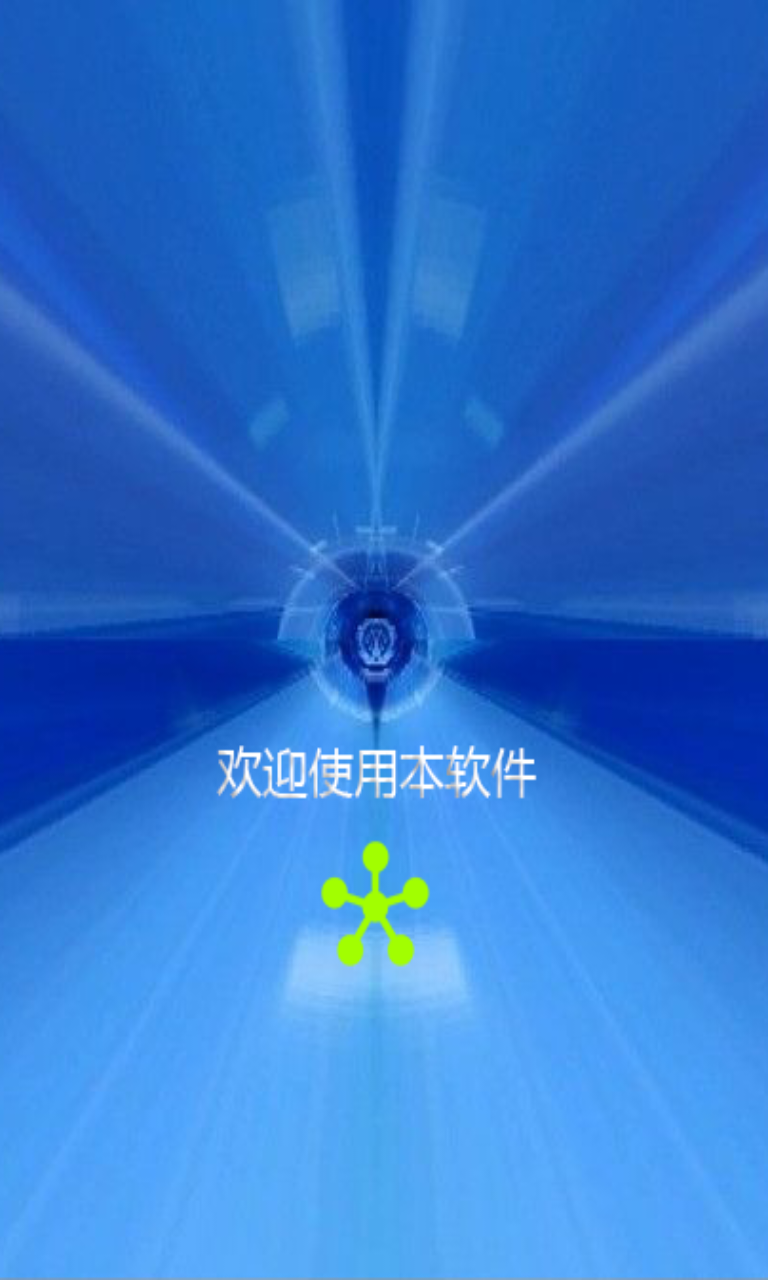
Repository: mimimy/MassagePro
Layout: BLE-Version/MassageTool/res/layout/activity_splash.xml
These files come from the project's save history. The layout is drawn as it stood at one moment and after the next save; the edit follows.
It is drawn on a 768 x 1280 px phone screen (xhdpi) without system bars, with theme AppTheme; the app's code is not run.

Above is the layout before, as saved 2018-07-23 13:22:09.

### BLE-Version/MassageTool/res/layout/activity_splash.xml
<RelativeLayout xmlns:android="http://schemas.android.com/apk/res/android"
    xmlns:tools="http://schemas.android.com/tools"
    android:id="@+id/rl_root"
    android:layout_width="match_parent"
    android:layout_height="match_parent"
    android:background="@drawable/splash"
    tools:context="com.example.splash.SplashActivity" >
<!--
    <ImageView
        android:id="@+id/imageView1"
        android:layout_width="wrap_content"
        android:layout_height="wrap_content"
        android:layout_alignParentTop="true"
        android:layout_centerHorizontal="true"
        android:src="@drawable/flying" />
 -->
</RelativeLayout>

Loaded but not shown: BLE-Version/MassageTool/res/values/styles.xml (common file); BLE-Version/MassageTool/res/values-v11/styles.xml (common file); BLE-Version/MassageTool/res/values-v14/styles.xml (common file)

After the next save:
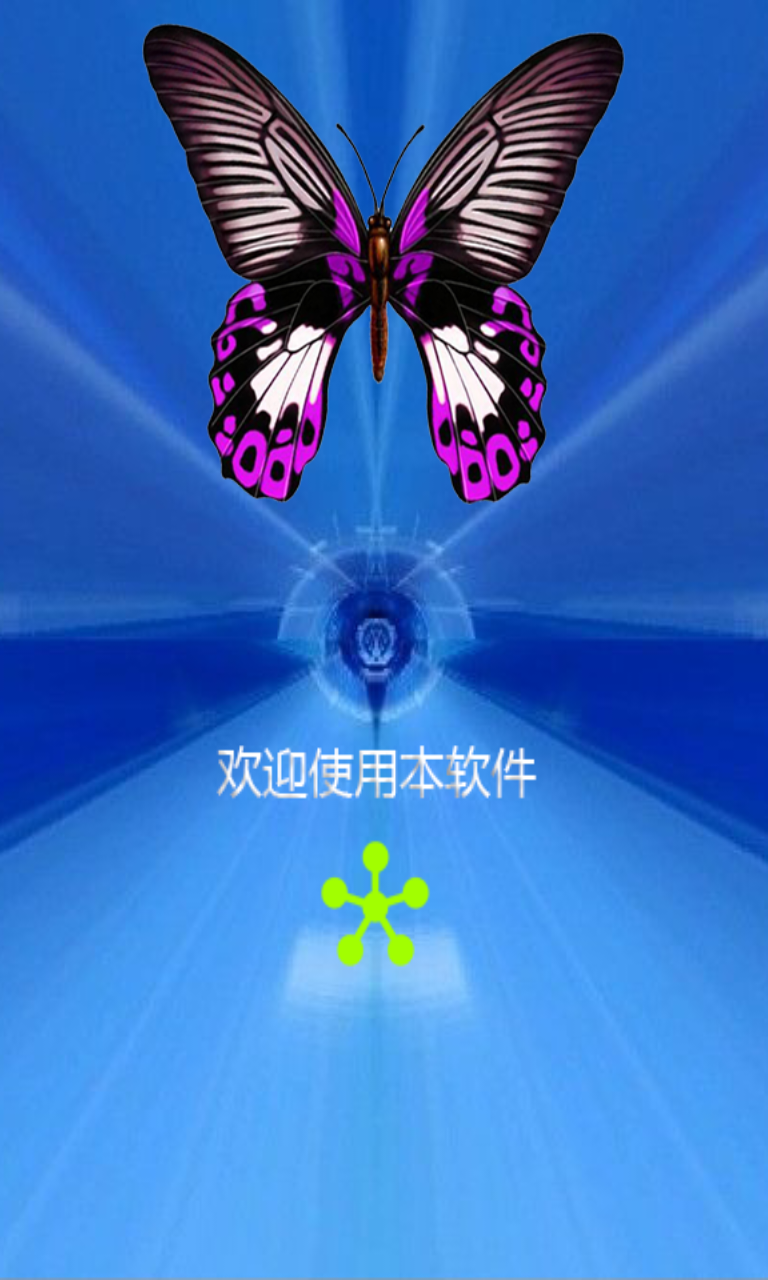
Saved 2 min 16 s later.
--- a/BLE-Version/MassageTool/res/layout/activity_splash.xml
+++ b/BLE-Version/MassageTool/res/layout/activity_splash.xml
@@ -5,7 +5,7 @@
     android:layout_height="match_parent"
     android:background="@drawable/splash"
     tools:context="com.example.splash.SplashActivity" >
-<!--
+
     <ImageView
         android:id="@+id/imageView1"
         android:layout_width="wrap_content"
@@ -13,5 +13,5 @@
         android:layout_alignParentTop="true"
         android:layout_centerHorizontal="true"
         android:src="@drawable/flying" />
- -->
+
 </RelativeLayout>
